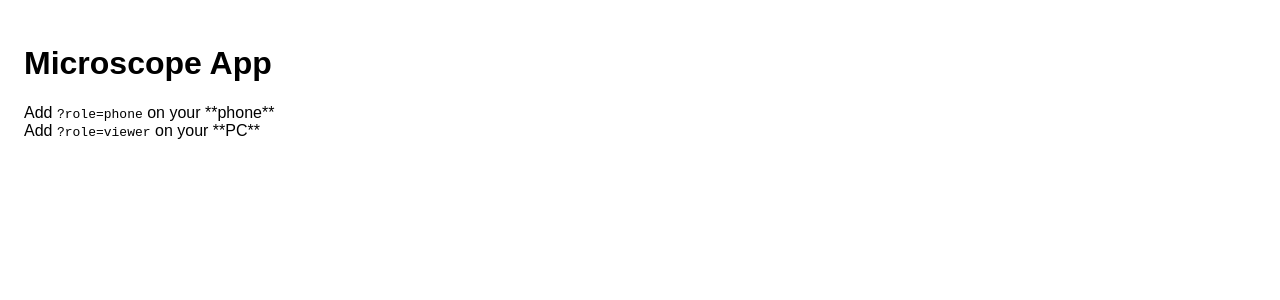
Repository: thejsx/Pathology-AI-Assistant
Page: / (app in frontend/)
An editor plug-in stored every save of this project. The page is shown before and after the next save, followed by the edit.
The browser window is 1280 px wide. The pictures show the whole page.
The project was rebuilt for these pictures with package versions that can differ from the ones it lists, and the page was loaded fresh each time. Also part of the build but not shown: frontend/vite.config.js, frontend/src/webrtc/signalling.js, frontend/src/pages/Phone.jsx, frontend/src/components/VideoControls.jsx, frontend/src/styles/Viewer.css, frontend/src/components/ViewerLayout.jsx, frontend/src/pages/Viewer.jsx.

Above is the page before, as saved 2025-06-12 19:47:34.

After the next save:
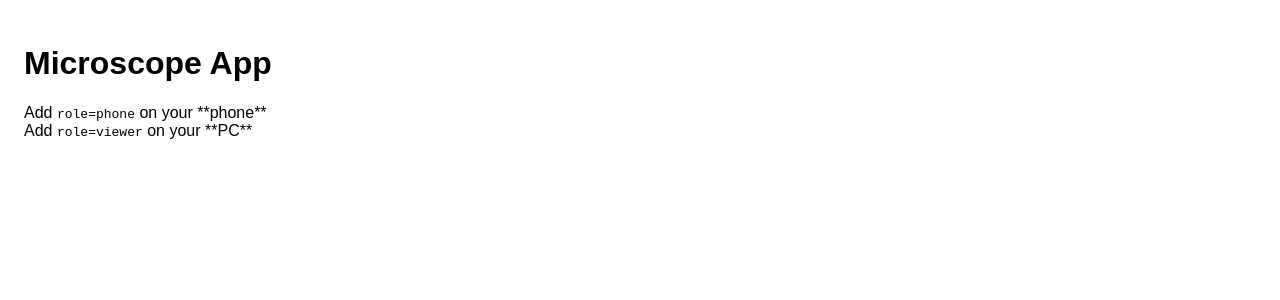
Saved 101 min 34 s later.
--- a/frontend/src/App.jsx
+++ b/frontend/src/App.jsx
@@ -10,8 +10,8 @@
     <div style={{ fontFamily: "sans-serif", padding: "1rem" }}>
       <h1>Microscope App</h1>
       <p>
-        Add <code>?role=phone</code> on your **phone**<br />
-        Add <code>?role=viewer</code> on your **PC**
+        Add <code>role=phone</code> on your **phone**<br />
+        Add <code>role=viewer</code> on your **PC**
       </p>
     </div>
   );

After the save that followed:
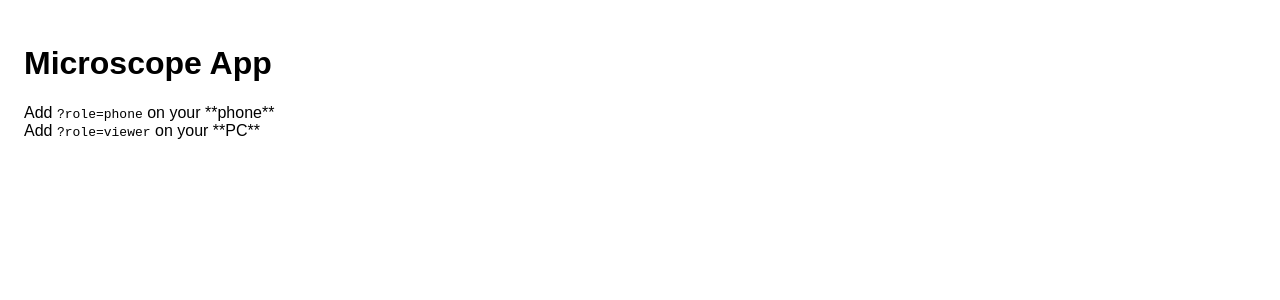
Saved 44 s later.
--- a/frontend/src/App.jsx
+++ b/frontend/src/App.jsx
@@ -10,8 +10,8 @@
     <div style={{ fontFamily: "sans-serif", padding: "1rem" }}>
       <h1>Microscope App</h1>
       <p>
-        Add <code>role=phone</code> on your **phone**<br />
-        Add <code>role=viewer</code> on your **PC**
+        Add <code>?role=phone</code> on your **phone**<br />
+        Add <code>?role=viewer</code> on your **PC**
       </p>
     </div>
   );
